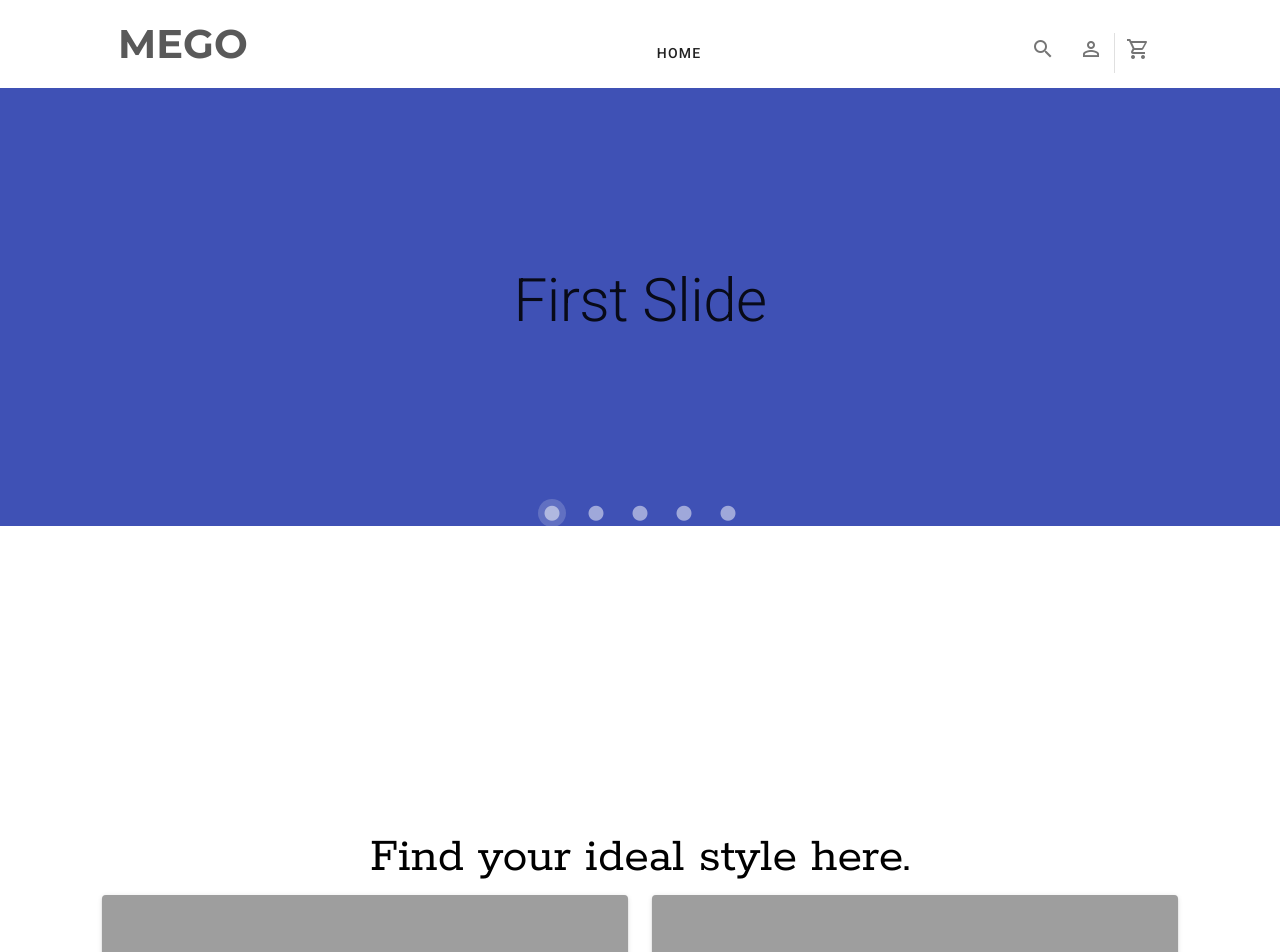
Repository: nguyenphuong152/shoesstore
Page: / (app in frontend-customer/)
These files come from the project's save history. The page is drawn as it stood at one moment and after the next save; the edit follows.
The browser window is 1280 px wide. The pictures show the part of the page from y = 0 to 952 px (the page is 2738 px tall).
Pictures or frames that could not be fetched are drawn as grey boxes. The project was rebuilt for these pictures with package versions that can differ from the ones it lists, and the page was loaded fresh each time. Also part of the build but not shown: frontend-customer/vue.config.js, frontend-customer/src/views/Men.vue, frontend-customer/src/views/Women.vue.

Above is the page before, as saved 2020-11-19 15:44:56.

### frontend-customer/public/index.html
<!DOCTYPE html>
<html lang="en">
  <head>
    <meta charset="utf-8">
    <meta http-equiv="X-UA-Compatible" content="IE=edge">
    <meta name="viewport" content="width=device-width,initial-scale=1.0">
    <link rel="icon" href="<%= BASE_URL %>favicon.ico">
    <title><%= htmlWebpackPlugin.options.title %></title>
    <link rel="stylesheet" href="https://fonts.googleapis.com/css?family=Roboto:100,300,400,500,700,900">
    <link rel="stylesheet" href="https://cdn.jsdelivr.net/npm/@mdi/font@latest/css/materialdesignicons.min.css">
    <link rel="stylesheet" href="https://fonts.googleapis.com/css?family=Roboto:100,300,400,500,700,900">
    <link href="https://fonts.googleapis.com/css?family=Montserrat:300,400,500,600,700" rel="stylesheet">
	<link href="https://fonts.googleapis.com/css?family=Rokkitt:100,300,400,700" rel="stylesheet">
    <link rel="stylesheet" href="https://cdn.jsdelivr.net/npm/@mdi/font@latest/css/materialdesignicons.min.css">
  </head>
  <body>
    <noscript>
      <strong>We're sorry but <%= htmlWebpackPlugin.options.title %> doesn't work properly without JavaScript enabled. Please enable it to continue.</strong>
    </noscript>
    <div id="app"></div>
    <!-- built files will be auto injected -->
  </body>
</html>

### frontend-customer/src/main.js
import Vue from 'vue'
import App from './App.vue'
import vuetify from './plugins/vuetify';
import router from './router'
import '../sass/style.scss'

Vue.config.productionTip = false

new Vue({
  vuetify,
  router,
  render: h => h(App)
}).$mount('#app')

### frontend-customer/src/App.vue
<template>
  <v-app app>
    <v-container>
      <Toolbar/>
    </v-container>
    <v-main>
      <router-view></router-view>
    </v-main>
      <Footer/>
  </v-app>

</template>

<script>

import Footer from "./components/Footer";
import Toolbar from "./components/Toolbar";

export default {
  name: "App",

  components: {
    Toolbar,
    Footer
  },

  data: () => ({
    //
  }),
};
</script>

### frontend-customer/src/plugins/vuetify.js
import Vue from 'vue';
import Vuetify from 'vuetify/lib';


Vue.use(Vuetify);

const vuetify = new Vuetify({
    theme: {
      themes: {
        light: {
          primary: '#000',
          secondary: '#b0bec5',
          accent: '#8c9eff',
          error: '#b71c1c',
        },
      },
    },
  })

export default new Vuetify({
    vuetify,
});

### frontend-customer/src/router/index.js
import Vue from 'vue'
import VueRouter from 'vue-router'
import Home from '../views/Home.vue'
import Men from '../views/Men.vue'
import Women from '../views/Women.vue'


Vue.use(VueRouter)

const routes = [
  {
    path: '/',
    name: 'Home',
    component: Home
  },
  {
    path: '/men',
    name: 'Men',
    component:Men
  },
  {
    path: '/women',
    name: 'Women',
    component:Women
  },
  {
    path: '/about',
    name: 'About',
    // route level code-splitting
    // this generates a separate chunk (about.[hash].js) for this route
    // which is lazy-loaded when the route is visited.
    component: () => import(/* webpackChunkName: "about" */ '../views/About.vue')
  },
  {
    path: '/contact',
    name: 'Contact',
    component: () => import(/* webpackChunkName: "about" */ '../views/Contact.vue')
  },
  {
    path: '/cart',
    name: 'Cart',
    component: () => import(/* webpackChunkName: "about" */ '../views/Cart.vue')
  },
  {
    path: '/account',
    name: 'Account',
    component: () => import(/* webpackChunkName: "about" */ '../views/Account.vue')
  },
]

const router = new VueRouter({
  mode: 'history',
  base: process.env.BASE_URL,
  routes
})

export default router

### frontend-customer/sass/style.scss

$font-primary: 'Montserrat',
Arial,
sans-serif;
$font-secondary: 'Rokkitt',
Georgia,
serif;

// Overrides
$grid-gutter-width: 20px !default;
$border-radius-base: 4px !default;
$padding-base-vertical: 14px !default;

$brand-primary: #616161 !default;
$brand-secondary: #88c8bc !default;
$brand-yellow: #FFDD00 !default;
$brand-footer-color: #2C2E3E;

$brand-white: #fff;
$brand-black: #000;
$brand-darker: #444;
$brand-gray: #ccc;
$brand-lighter: #e9e9e9;
$brand-body-color: #e8e8e8;
$brand-selection-color: #f9f6f0;
$brand-overlay-color: #4c4a8a;
$brand-bg-color: $brand-white;


#app {
  -webkit-font-smoothing: antialiased;
  -moz-osx-font-smoothing: grayscale;

  text-align: center;
  .container {
    max-width: 1100px;
  }
  font: 300
}

.nav {
  padding-left: 0px;
  a {
    font-size: 20px;
    color: lighten($brand-black,35%);
    font-family: $font-secondary;
    text-decoration: none;
    font-weight: 500;
    &.router-link-exact-active {
      color: #42b983;
    }

  }
}

#logo {
  font-size: 40px;
  font-weight: 700;
  font-family: $font-primary;
  color: lighten($brand-black, 35%);
}


.slogan {
  font-size: 50px;
  color: #2c3e50;
  font-family: $font-secondary;
  text-decoration: none;
}

.title-collection{
  @extend .slogan;
  font-size: 25px;
}


.slogan-3 {
  @extend .slogan;
  font-size: 35px;
}

.title-shoes {
  @extend .slogan;
  font-size: 22px;
}


.footer-text {
  font-family:$font-primary;
  font-size: 16px;
}

### frontend-customer/src/components/Footer.vue
<template>
  <v-footer class="white" padless>
    <v-row justify="center" no-gutters>
      <v-btn
        v-for="link in links"
        :key="link"
        color="black"
        text
        rounded
        class="my-2 footer-text"
      >
        {{ link }}
      </v-btn>
      <v-col class="white py-4 text-center fluid footer-text" cols="12">
        {{ new Date().getFullYear() }} — <strong>Made with love</strong>
      </v-col>
    </v-row>
  </v-footer>
</template>

<script>
export default {
  data: () => ({
    links: ["Home", "About Us", "Team", "Services", "Blog", "Contact Us"],
  }),
};
</script>

<style></style>

### frontend-customer/src/components/Toolbar.vue
<template>
  <v-toolbar flat>
    <v-row class="d-flex align-baseline">
      <v-col cols="3" class="d-flex justify-lg-start">
        <v-toolbar-title id="logo">MEGO</v-toolbar-title>
      </v-col>
      <v-col class="d-flex justify-space-around text-start nav">
        <v-menu offset-y open-on-hover>
      <template v-slot:activator="{ on, attrs }">
        <v-btn
         depressed
         color="white"
          v-bind="attrs"
          v-on="on"
        >
          Home
        </v-btn>
      </template>
      <v-list>
        <v-list-item
          v-for="(item, index) in items"
          :key="index"
          class="text-start"
        >
          <v-list-item-title>{{ item.title }}</v-list-item-title>
        </v-list-item>
      </v-list>
    </v-menu>
        <!-- <router-link to="/">Home</router-link>
        <router-link to="/men">Men</router-link>
        <router-link to="/women">Women</router-link>
        <router-link to="/about">About</router-link>
        <router-link to="/contact">Contact</router-link> -->
      </v-col>
      <v-col cols="2" class="d-flex justify-end">
        <v-btn icon>
          <v-icon>mdi-magnify</v-icon>
        </v-btn>

        <v-btn icon>
          <v-icon>mdi-account-outline</v-icon>
        </v-btn>
        <v-divider vertical inset></v-divider>
        <v-btn icon>
          <v-icon>mdi-cart-outline</v-icon>
        </v-btn>
      </v-col>
    </v-row>
  </v-toolbar>
</template>

<script>
export default {
  data: () => ({
      items: [
        { title: 'Click Me' },
        { title: 'Click Me' },
        { title: 'Click Me' },
        { title: 'Click Me 2' },
      ],
    }),
};
</script>

<style></style>

### frontend-customer/src/views/Home.vue
<template>
  <div class="app">
    <v-main>
      <div class="d-flex flex-column">
            <Banner />
      <v-container >
        <a class="slogan">Find your ideal style here.</a>
        <Collection />
      </v-container>
      <v-container mt-8>
         <a class="slogan">Best Sellers</a>
        <BestSeller />
      </v-container>
      <v-container my-16>
        <a class="slogan-3">Trusted Partners</a>
        <Partner />
      </v-container>
      </div>
    </v-main>
  </div>
</template>

<script>
import Collection from "../components/Collection";
import Banner from "../components/Banner";
import BestSeller from "../components/BestSeller";
import Partner from "../components/Partner";

export default {
  components: {
    Banner,
    Collection,
    BestSeller,
    Partner,
  },

  data: () => ({
    //
  }),
};
</script>

### frontend-customer/src/components/Collection.vue
<template>
  <v-row>
    <v-col v-for="n in 2" :key="n" class="d-flex child-flex" cols="6">
      <v-card>
        <v-img
          :src="`https://picsum.photos/500/300?image=${n * 5 + 10}`"
          :lazy-src="`https://picsum.photos/10/6?image=${n * 5 + 10}`"
         class="grey lighten-2"
        >
          <template v-slot:placeholder>
            <v-row class="fill-height ma-0" align="center" justify="center">
              <v-progress-circular
                indeterminate
                color="grey lighten-5"
              ></v-progress-circular>
            </v-row>
          </template>
        </v-img>
        <v-card-title class="title-collection justify-center">
      {{titles[n-1]}}
    </v-card-title>
      </v-card>
    </v-col>
  </v-row>
</template>

<script>
export default {
      data(){
          return {
              titles:[
                  "Shop Men's Collection",
                  "Shop Women's Collection",
              ],
          }
      }
};
</script>

<style></style>

### frontend-customer/src/components/Banner.vue
<template>
  <v-app>
    <v-carousel
      cycle
      height="450"
      hide-delimiter-background
      show-arrows-on-hover
    >
      <v-carousel-item v-for="(slide, i) in slides" :key="i">
        <v-sheet :color="colors[i]" height="100%">
          <v-row class="fill-height" align="center" justify="center">
            <div class="display-3">{{ slide }} Slide</div>
          </v-row>
        </v-sheet>
      </v-carousel-item>
    </v-carousel>
  </v-app>
</template>

<script>
export default {
  data() {
    return {
      colors: [
        "indigo",
        "warning",
        "pink darken-2",
        "red lighten-1",
        "deep-purple accent-4",
      ],
      slides: ["First", "Second", "Third", "Fourth", "Fifth"],
    };
  },
};
</script>

### frontend-customer/src/components/BestSeller.vue
<template>
  <v-row >
    <v-col v-for="n in 12" :key="n" class="d-flex child-flex" cols="3">
      <v-card class="mx-auto"
    max-width="300"
    max-height="400"
    outlined>
        <v-img
          :src="`https://picsum.photos/500/300?image=${n * 5 + 10}`"
          :lazy-src="`https://picsum.photos/10/6?image=${n * 5 + 10}`"
          aspect-ratio="1"
          class="grey lighten-2"
          height="200"
        >
          <template v-slot:placeholder>
            <v-row class="fill-height ma-0" align="center" justify="center">
              <v-progress-linear
                indeterminate
                color="yellow darken-2"
              ></v-progress-linear>
            </v-row>
          </template>
        </v-img>
        <v-card-title class="title-shoes justify-center" > Pic{{ n }} </v-card-title>
        <v-card-subtitle justify-center >Price</v-card-subtitle>
      </v-card>
    </v-col>
  </v-row>
</template>

<script>
export default {
  data() {},
};
</script>

<style></style>

### frontend-customer/src/components/Partner.vue
<template>
  <v-row class= "d-flex justify-space-around">
    <v-col
      v-for="item in items"
      :key="item.id"
      class="d-flex child-flex"
      cols="2"
    >
        <v-img :src="item.src" class="grey lighten-2">
          <template v-slot:placeholder>
            <v-row class="fill-height ma-0" align="center" justify="center">
              <v-progress-circular
                indeterminate
                color="grey lighten-5"
              ></v-progress-circular>
            </v-row>
          </template>
        </v-img>
    </v-col>
  </v-row>
</template>

<script>
export default {
  data() {
    return {
      items: [
        {
          id: 1,
          src: require("../assets/brand-1.jpg"),
        },
        {
          id: 2,
          src: require("../assets/brand-2.jpg"),
        },
        {
          id: 3,
          src: require("../assets/brand-3.jpg"),
        },
        {
          id: 4,
          src: require("../assets/brand-4.jpg"),
        },
        {
          id: 5,
          src: require("../assets/brand-5.jpg"),
        },
      ],
    };
  },
};
</script>

<style></style>

After the next save:
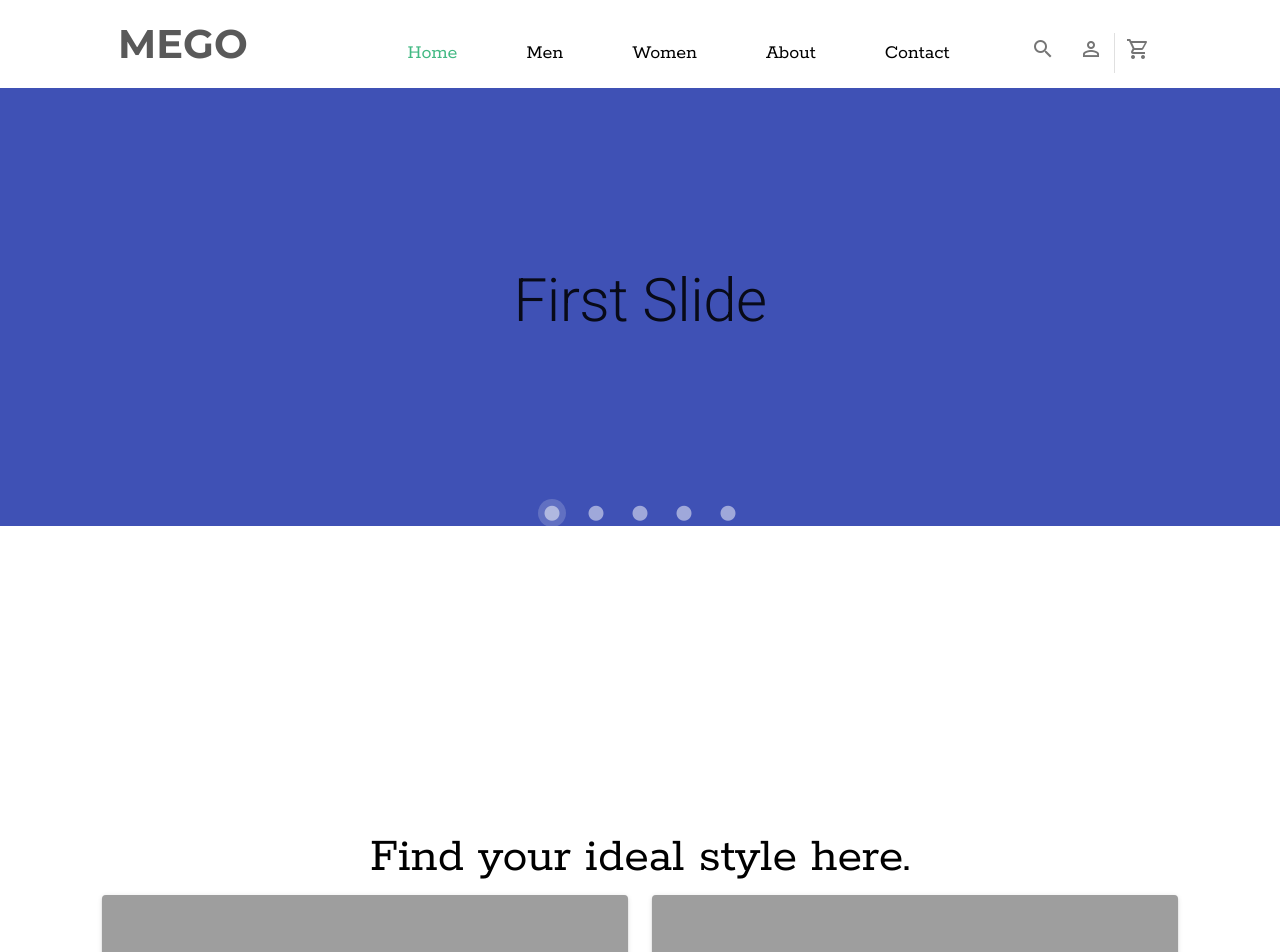
Saved 4 min 36 s later.
--- a/frontend-customer/src/components/Toolbar.vue
+++ b/frontend-customer/src/components/Toolbar.vue
@@ -5,32 +5,11 @@
         <v-toolbar-title id="logo">MEGO</v-toolbar-title>
       </v-col>
       <v-col class="d-flex justify-space-around text-start nav">
-        <v-menu offset-y open-on-hover>
-      <template v-slot:activator="{ on, attrs }">
-        <v-btn
-         depressed
-         color="white"
-          v-bind="attrs"
-          v-on="on"
-        >
-          Home
-        </v-btn>
-      </template>
-      <v-list>
-        <v-list-item
-          v-for="(item, index) in items"
-          :key="index"
-          class="text-start"
-        >
-          <v-list-item-title>{{ item.title }}</v-list-item-title>
-        </v-list-item>
-      </v-list>
-    </v-menu>
-        <!-- <router-link to="/">Home</router-link>
+        <router-link to="/">Home</router-link>
         <router-link to="/men">Men</router-link>
         <router-link to="/women">Women</router-link>
         <router-link to="/about">About</router-link>
-        <router-link to="/contact">Contact</router-link> -->
+        <router-link to="/contact">Contact</router-link>
       </v-col>
       <v-col cols="2" class="d-flex justify-end">
         <v-btn icon>
@@ -50,16 +29,7 @@
 </template>
 
 <script>
-export default {
-  data: () => ({
-      items: [
-        { title: 'Click Me' },
-        { title: 'Click Me' },
-        { title: 'Click Me' },
-        { title: 'Click Me 2' },
-      ],
-    }),
-};
+export default {};
 </script>
 
 <style></style>
